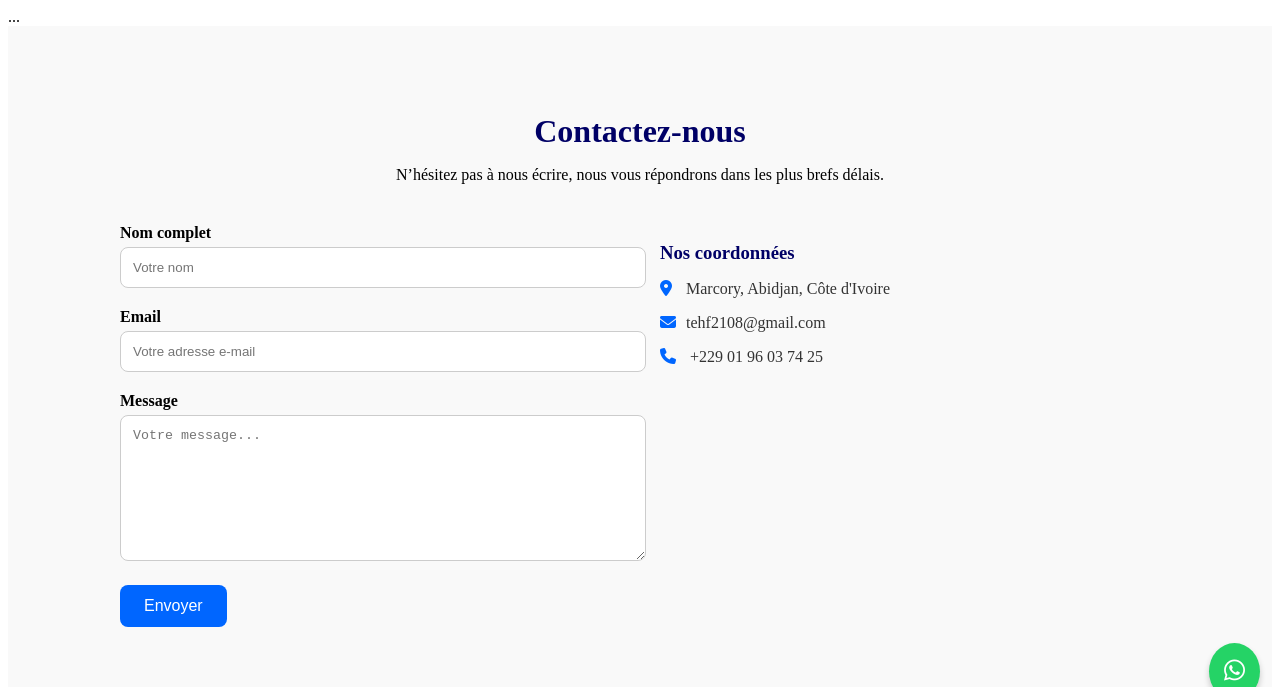
Repository: prestige225/prestige_services_et_finances
Page: contact.html
An editor plug-in stored every save of this project. The page is shown before and after the next save, followed by the edit.
The browser window is 1280 px wide. The pictures show the part of the page from y = 0 to 687 px (the page is 1017 px tall).
Pictures or frames that could not be fetched are drawn as grey boxes.

Above is the page before, as saved 2025-05-30 12:38:55.
Not found: style.css

### contact.html

<!DOCTYPE html>
<html lang="fr">
<head>
  <meta charset="UTF-8" />
  <meta name="viewport" content="width=device-width, initial-scale=1.0"/>
  <title>Contact - Prestige Service & Finance</title>
  <link rel="stylesheet" href="style.css"/>
  <link rel="stylesheet" href="https://cdnjs.cloudflare.com/ajax/libs/font-awesome/6.5.0/css/all.min.css"/>
  <style>
    .contact-section {
  padding: 60px 20px;
  background-color: #f9f9f9;
  text-align: center;
}

.contact-section h2 {
  color: #000066;
  font-size: 2rem;
  margin-bottom: 10px;
}

.contact-wrapper {
  display: flex;
  flex-wrap: wrap;
  gap: 40px;
  margin-top: 40px;
  justify-content: center;
}

.contact-form,
.contact-info {
  flex: 1;
  min-width: 300px;
  max-width: 500px;
  text-align: left;
}

.form-group {
  margin-bottom: 20px;
}

.form-group label {
  font-weight: bold;
  display: block;
  margin-bottom: 5px;
}

.contact-form input,
.contact-form textarea {
  width: 100%;
  padding: 12px;
  border: 1px solid #ccc;
  border-radius: 8px;
}

.contact-form textarea {
  resize: vertical;
  height: 120px;
}

.btn {
  background-color: #0066ff;
  color: white;
  border: none;
  padding: 12px 24px;
  font-size: 16px;
  cursor: pointer;
  border-radius: 8px;
  transition: background-color 0.3s;
}

.btn:hover {
  background-color: #0044cc;
}

.contact-info h3 {
  margin-bottom: 15px;
  color: #000066;
}

.contact-info p {
  font-size: 1rem;
  margin-bottom: 10px;
  color: #333;
}

.contact-info i {
  margin-right: 10px;
  color: #0066ff;
}

/* WhatsApp floating button */
.whatsapp-float {
  position: fixed;
  bottom: 20px;
  right: 20px;
  background-color: #25d366;
  color: white;
  padding: 15px;
  border-radius: 50%;
  font-size: 24px;
  z-index: 1000;
  box-shadow: 0 4px 6px rgba(0, 0, 0, 0.2);
  transition: transform 0.3s ease;
}

.whatsapp-float:hover {
  transform: scale(1.1);
}

  </style>
</head>
<body>

  <!-- Header -->
  <header> ... </header>

  <!-- Section Contact -->
  <section class="contact-section">
    <div class="container">
      <h2>Contactez-nous</h2>
      <p>N’hésitez pas à nous écrire, nous vous répondrons dans les plus brefs délais.</p>

      <div class="contact-wrapper">
        <!-- Formulaire -->
        <form class="contact-form">
          <div class="form-group">
            <label>Nom complet</label>
            <input type="text" name="nom" placeholder="Votre nom" required />
          </div>
          <div class="form-group">
            <label>Email</label>
            <input type="email" name="email" placeholder="Votre adresse e-mail" required />
          </div>
          <div class="form-group">
            <label>Message</label>
            <textarea name="message" placeholder="Votre message..." required></textarea>
          </div>
          <button type="submit" class="btn">Envoyer</button>
        </form>

        <!-- Informations de contact -->
        <div class="contact-info">
          <h3>Nos coordonnées</h3>
          <p><i class="fas fa-map-marker-alt"></i> Marcory, Abidjan, Côte d'Ivoire</p>
          <p><i class="fas fa-envelope"></i>tehf2108@gmail.com </p>
          <p><i class="fas fa-phone"></i> +229 01 96 03 74 25
</p>
        </div>
      </div>
    </div>
  </section>

  <!-- (Optionnel) Carte Google Maps -->
  <section class="map-section">
    <iframe
      src="https://www.google.com/maps?q=Marcory,+Abidjan,+Côte+d'Ivoire&output=embed"
      width="100%" height="300" style="border:0;" allowfullscreen="" loading="lazy">
    </iframe>
  </section>

  <!-- Footer -->
  <footer> ... </footer>

  <!-- Bouton WhatsApp -->
  <a href="https://wa.me/22996037425" class="whatsapp-float" target="_blank" title="Contactez-nous sur WhatsApp">
    <i class="fab fa-whatsapp"></i>
  </a>

</body>
</html>

After the next save:
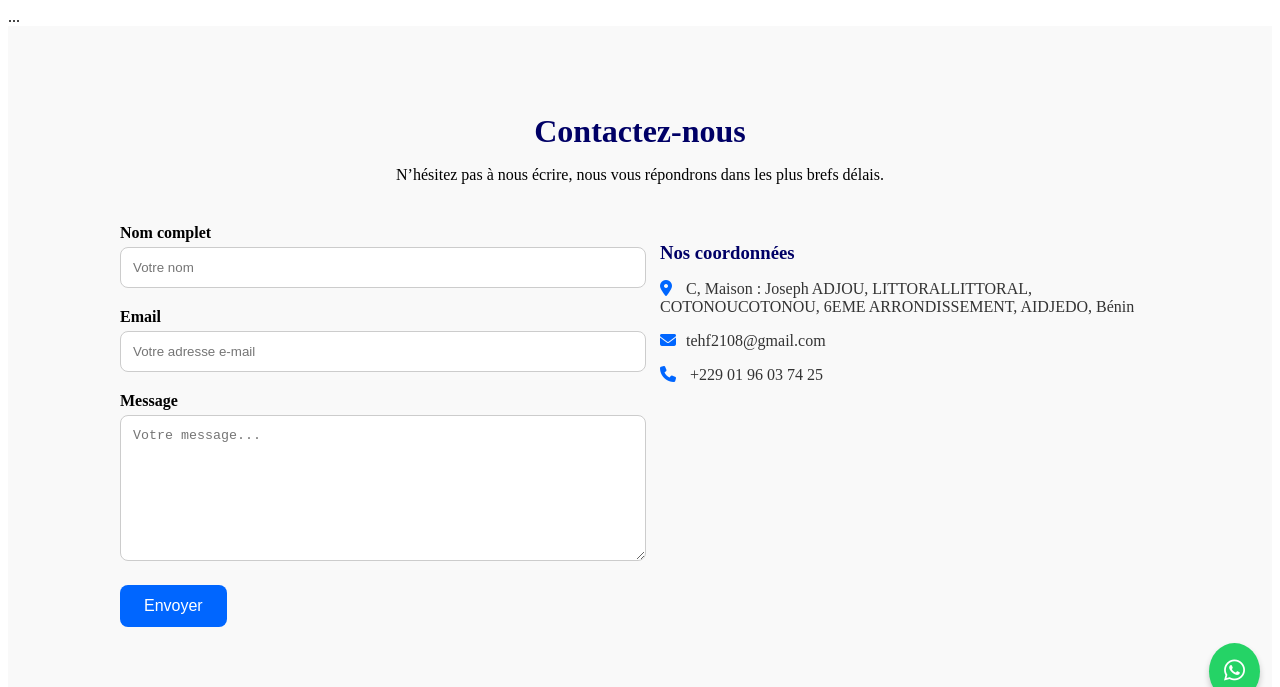
Saved 2 min 33 s later.
--- a/contact.html
+++ b/contact.html
@@ -143,7 +143,7 @@
         <!-- Informations de contact -->
         <div class="contact-info">
           <h3>Nos coordonnées</h3>
-          <p><i class="fas fa-map-marker-alt"></i> Marcory, Abidjan, Côte d'Ivoire</p>
+          <p><i class="fas fa-map-marker-alt"></i>  C, Maison : Joseph ADJOU, LITTORALLITTORAL, COTONOUCOTONOU, 6EME ARRONDISSEMENT, AIDJEDO, Bénin</p>
           <p><i class="fas fa-envelope"></i>tehf2108@gmail.com </p>
           <p><i class="fas fa-phone"></i> +229 01 96 03 74 25
 </p>
